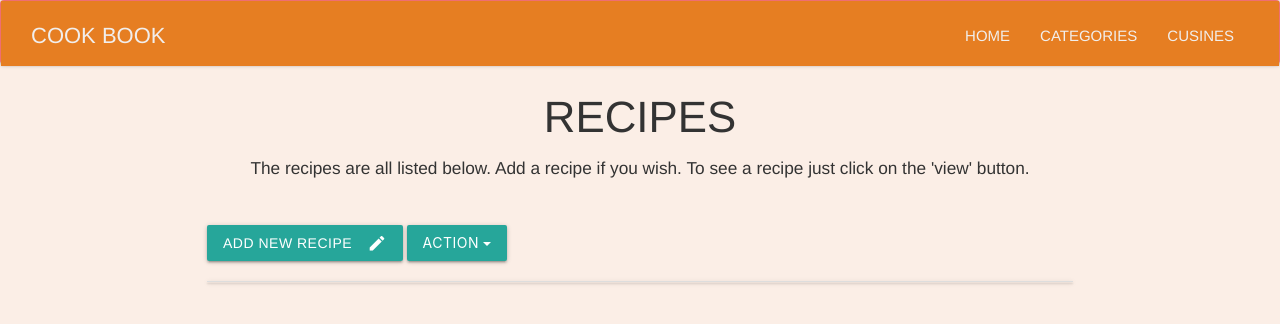
Repository: atena123/COOK-BOOK
Page: http://localhost/get_recipes
The author's editor kept a record of every edit. The page is drawn from the files as they stood at one moment, then again after the next edit.
The browser window is 1280 px wide. The pictures show the whole page.
Some web libraries are served in a nearby version. The page is served by the project's application, run on Flask 3 (app.py).

Above is the page before.

After the next edit:
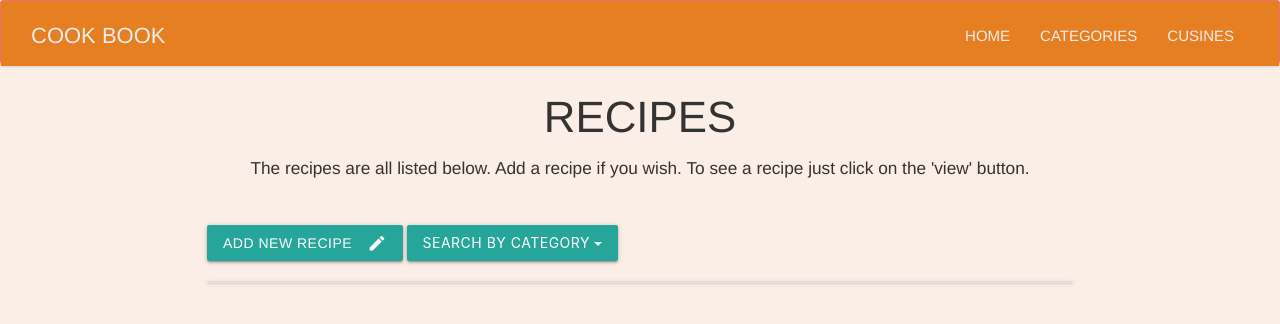
The edit:
--- a/templates/recipes.html
+++ b/templates/recipes.html
@@ -12,7 +12,7 @@
 
      <div class="btn-group">
         <button type="button" class="btn btn-default dropdown-toggle" data-toggle="dropdown" aria-haspopup="true" aria-expanded="false">
-          Action <span class="caret"></span>
+          Search By Category <span class="caret"></span>
         </button>
         <ul class="dropdown-menu">
           <li><a href="#">Action</a></li>
